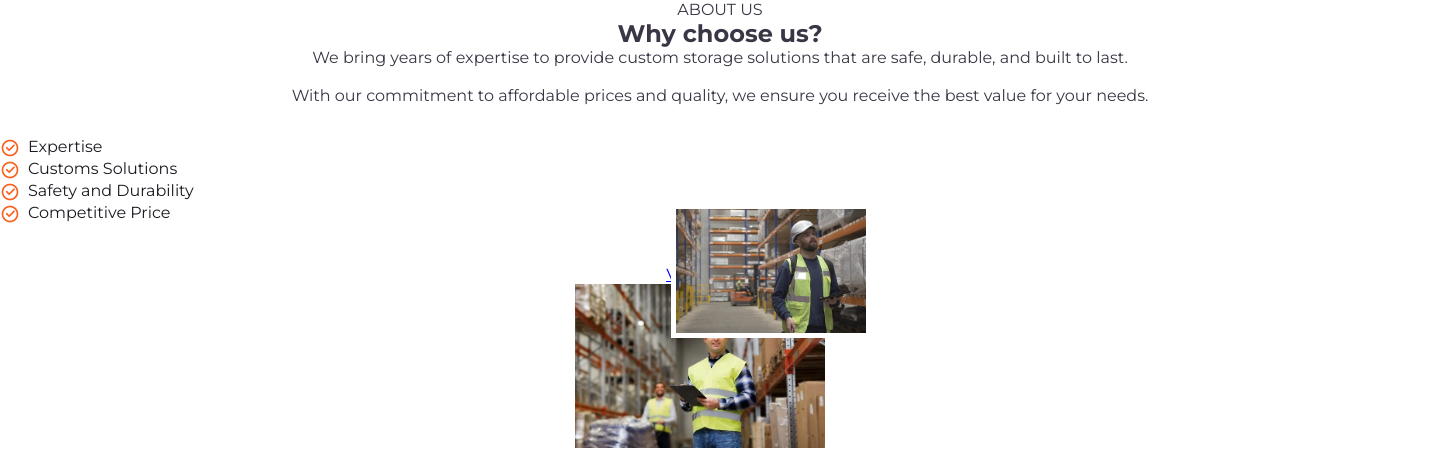
Repository: jahatesu/shelves-and-storage-equipment
Page: index.html
These files come from the project's save history. The page is drawn as it stood at one moment and after a run of saves; the edit follows.
The browser window is 1440 px wide. The pictures show the part of the page from y = 720 to 1267 px (the page is 1172 px tall before and 1267 px after).
Backgrounds fixed to the window are drawn as part of the page. Some web fonts or font styles are not loaded; a fallback is used.

Above is the page before, as saved 2025-01-08 15:34:10.
Console error: TypeError: Cannot read properties of null (reading 'querySelector')

After the next 2 saves:
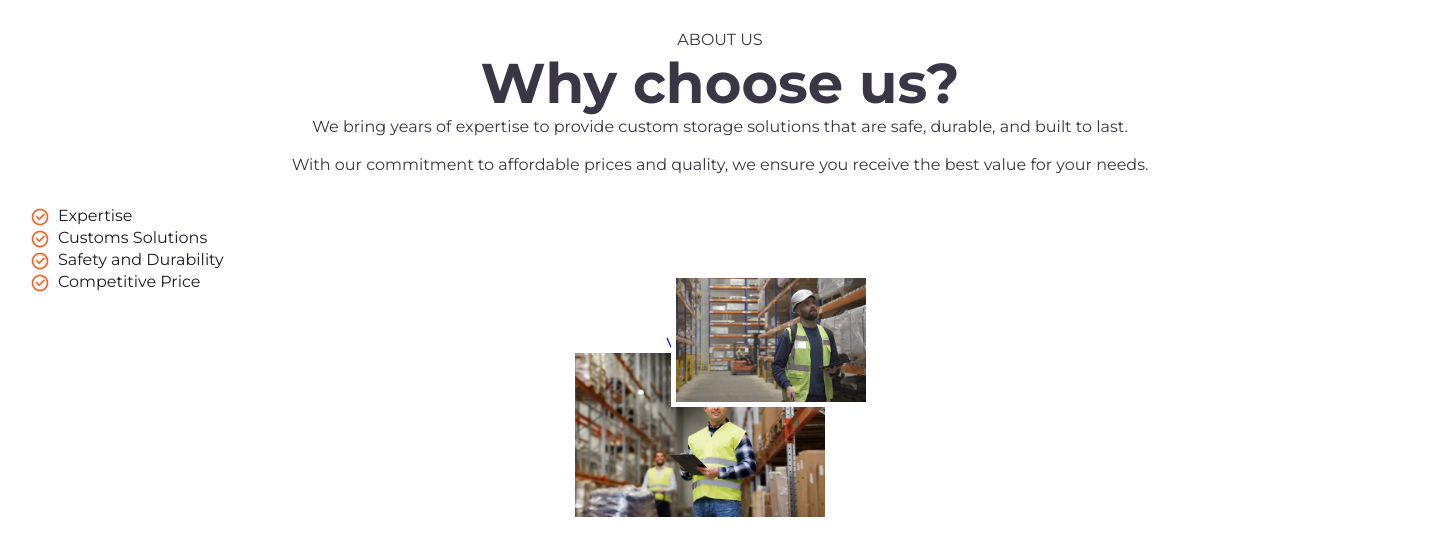
The 2 saves are shown as one change because they came seconds apart.
The last was saved 47 s later.
--- a/style.css
+++ b/style.css
@@ -88,6 +88,86 @@ body, ul, a{
     line-height: 1.2;
 } */
 
+/* Typography scaling for responsiveness */
+h1 {
+    font-size: 2.5rem; /* Scales with viewport width */
+}
+h2 {
+    font-size: 2rem;
+}
+h3 {
+    font-size: 1.75rem;
+}
+p {
+    font-size: 1rem;
+}
+
+/* Media queries for responsiveness */
+@media (min-width: 768px) {
+    h1 {
+        font-size: 3rem;
+    }
+    h2 {
+        font-size: 2.5rem;
+    }
+    h3 {
+        font-size: 2rem;
+    }
+    p {
+        font-size: 1.125rem;
+    }
+}
+
+@media (min-width: 1024px) {
+    h1 {
+        font-size: 3.5rem;
+    }
+    h2 {
+        font-size: 3rem;
+    }
+    h3 {
+        font-size: 2.5rem;
+    }
+    p {
+        font-size: 1.25rem;
+    }
+}
+
+/* General layout for larger screens */
+@media (min-width: 1440px) {
+    .container {
+        padding: 30px;
+    }
+    h1 {
+        font-size: 4rem;
+    }
+    h2 {
+        font-size: 3.5rem;
+    }
+    h3 {
+        font-size: 3rem;
+    }
+    p {
+        font-size: 1rem;
+    }
+
+}
+
+ul{
+    list-style: none;
+}
+
+a{
+    text-decoration: none;
+}
+
+img{
+    display: block;
+    max-width: 100%;
+    height: auto;
+    object-fit: contain;
+}
+
 /* Hide checkbox and toggle button initially */
 #nav-checkbox,
 .nav-toggle {
